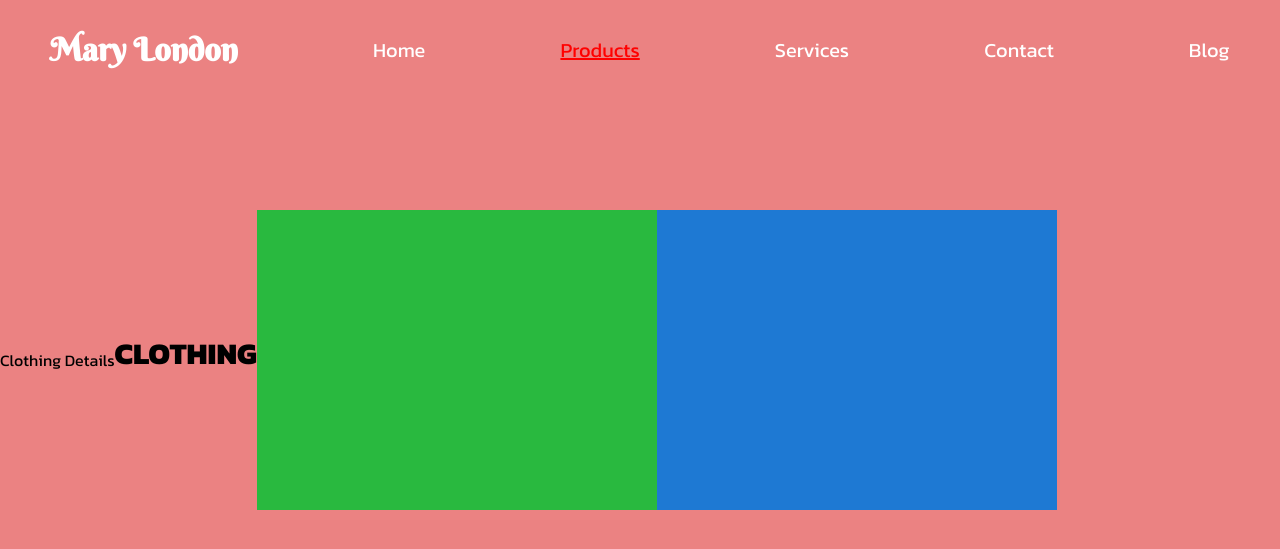
Repository: Habeebur1493/test2
Page: /products/clothing
These files come from the project's save history. The page is drawn as it stood at one moment and after the next save; the edit follows.
The browser window is 1280 px wide. The pictures show the whole page.
The project was rebuilt for these pictures with package versions that can differ from the ones it lists, and the page was loaded fresh each time. Also part of the build but not shown: vite.config.js, src/Frontend/Loader/loaderstyle.css, src/Frontend/Firstpage/Home.jsx, src/Frontend/Firstpage/Products.jsx, src/Frontend/Firstpage/Services.jsx, src/Frontend/Firstpage/Contact.jsx, src/Frontend/Firstpage/Blog.jsx.

Above is the page before, as saved 2024-12-28 20:49:05.

After the next save:
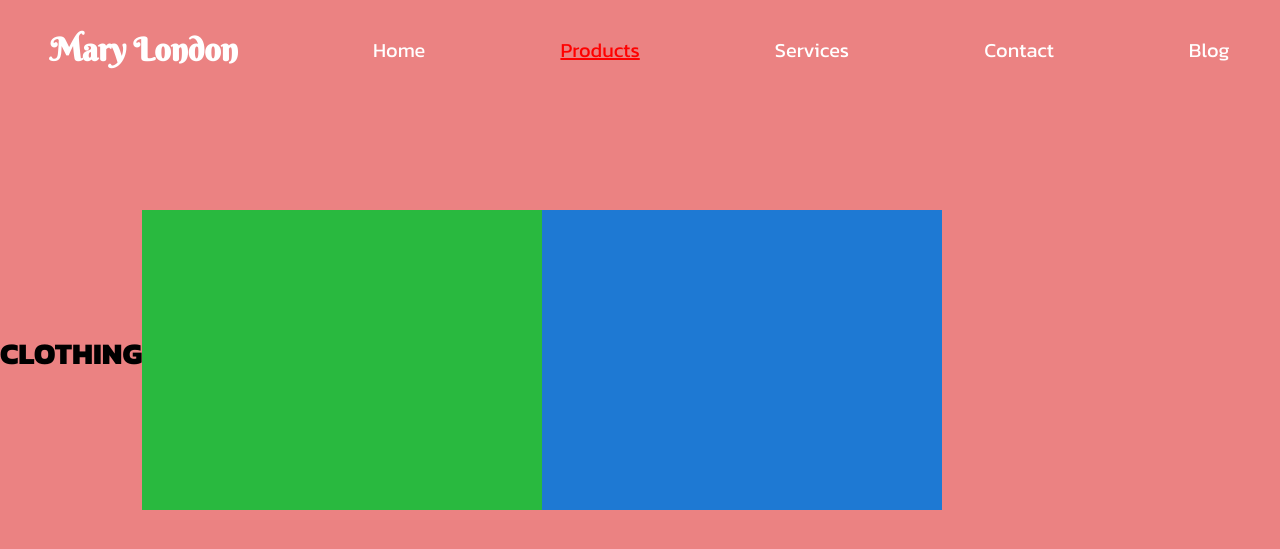
Saved 6 s later.
--- a/src/Frontend/Firstpage/ClothingDetails.jsx
+++ b/src/Frontend/Firstpage/ClothingDetails.jsx
@@ -12,7 +12,6 @@ const ClothingDetails = () => {
   return (
     <div className="ClothingDetails">
       <div className="container1">
-        <h1>Clothing Details</h1>
         <h1 className="text-3xl font-extrabold mb-3">
           {params.category.toLocaleUpperCase()}
         </h1>
